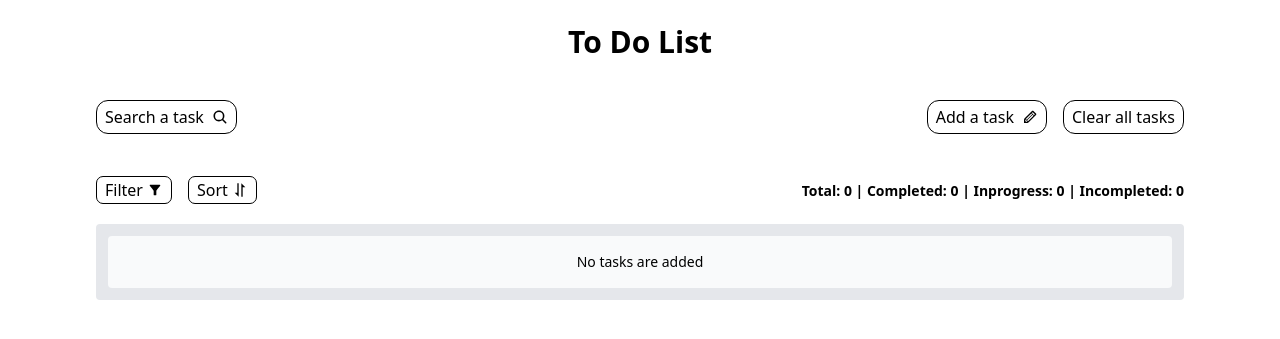
Repository: Priya-creates/Taskly
Page: /
These files come from the project's save history. The page is drawn as it stood at one moment and after the next save; the edit follows.
The browser window is 1280 px wide. The pictures show the whole page.
The project was rebuilt for these pictures with package versions that can differ from the ones it lists, and the page was loaded fresh each time. Also part of the build but not shown: vite.config.js, src/components/AddTask.jsx, src/components/SearchTask.jsx, src/components/Filter.jsx, src/components/Sort.jsx.

Above is the page before, as saved 2025-10-02 23:53:57.

### index.html
<!doctype html>
<html lang="en">
  <head>
    <meta charset="UTF-8" />
    <link rel="icon" type="image/svg+xml" href="./public/todolist.webp" />
    <meta name="viewport" content="width=device-width, initial-scale=1.0" />
    <title>To Do List</title>
  </head>
  <body>
    <div id="root"></div>
    <script type="module" src="/src/main.jsx"></script>
  </body>
</html>

### src/index.css
@import "tailwindcss";
@import url('https://fonts.googleapis.com/css2?family=Dancing+Script:wght@400..700&family=Great+Vibes&family=Inter:ital,opsz,wght@0,14..32,100..900;1,14..32,100..900&family=Josefin+Sans:ital,wght@0,100..700;1,100..700&family=Merriweather+Sans:ital,wght@0,300..800;1,300..800&family=Merriweather:ital,opsz,wght@0,18..144,300..900;1,18..144,300..900&family=Outfit:wght@100..900&family=Permanent+Marker&family=Playfair+Display:ital,wght@0,400..900;1,400..900&family=Poppins:ital,wght@0,100;0,200;0,300;0,400;0,500;0,600;0,700;0,800;0,900;1,100;1,200;1,300;1,400;1,500;1,600;1,700;1,800;1,900&family=Prata&family=Raleway:ital,wght@0,100..900;1,100..900&family=Sue+Ellen+Francisco&display=swap');

### src/App.jsx
import React from "react";
import Title from "./components/Title";
import { TiPencil } from "react-icons/ti";
import AddTask from "./components/AddTask";
import { toast, ToastContainer } from "react-toastify";
import { IoSearch } from "react-icons/io5";
import SearchTask from "./components/SearchTask";
import TaskCount from "./components/TaskCount";
import Filter from "./components/Filter";
import Sort from "./components/Sort";
import TaskList from "./components/TaskList";
import { MdFilterAlt } from "react-icons/md";
import { BiSort } from "react-icons/bi";
import { useMediaQuery } from "react-responsive";

const App = () => {
  const [taskList, setTaskList] = React.useState([]);
  const [showTaskBar, setShowTaskBar] = React.useState(false);
  const [showSearchBar, setShowSearchBar] = React.useState(false);
  const [searchQuery, setSearchQuery] = React.useState(""); // replaces hasSearched + masterSearchList
  const [showFilter, setShowFilter] = React.useState(false);
  const [showSort, setShowSort] = React.useState(false);

  // UI states controlling filter & sort
  const [filters, setFilters] = React.useState({
    inprogress: false,
    incompleted: false,
    completed: false,
  });
  const [sortType, setSortType] = React.useState("old-to-new"); // default

  function handleClearTasks() {
    localStorage.setItem("taskList", JSON.stringify([]));
    setTaskList([]);
    toast.success("All tasks are cleared !");
  }
  const isMobile = useMediaQuery({ maxWidth: 767 });

  React.useEffect(() => {
    const tasks = JSON.parse(localStorage.getItem("taskList")) || [];
    setTaskList(tasks);
  }, []);

  // displayTasks is derived from taskList + searchQuery + filters + dateSort
  const displayTasks = React.useMemo(() => {
    let arr = taskList ? [...taskList] : [];

    // 1) Search
    if (searchQuery && searchQuery.trim()) {
      const q = searchQuery.trim().toLowerCase();
      arr = arr.filter((t) => (t.task || "").toLowerCase().includes(q));
    }

    // 2) Filter (status)
    const activeFilters = Object.keys(filters).filter((k) => filters[k]);
    if (activeFilters.length) {
      arr = arr.filter((t) => activeFilters.includes(t.status));
    }

    // 3) Sort by date
    arr.sort((a, b) => {
      if (sortType === "new-to-old" || sortType === "old-to-new") {
        const ta = new Date(a.createdAt).valueOf();
        const tb = new Date(b.createdAt).valueOf();
        return sortType === "new-to-old" ? tb - ta : ta - tb;
      } else if (sortType === "a-to-z") {
        return (a.task || "").localeCompare(b.task || "");
      } else if (sortType === "z-to-a") {
        return (b.task || "").localeCompare(a.task || "");
      }
      return 0;
    });

    return arr;
  }, [taskList, searchQuery, filters, sortType]);

  return (
    <div className="pt-6 w-[95%] sm:w-[80%] md:w-[85%] mx-auto">
      <ToastContainer position="bottom-right" theme="dark" />
      <Title />
      <div className="flex justify-between items-baseline gap-4">
        <div
          onClick={() => setShowSearchBar(true)}
          className={`flex flex-row items-center gap-2 sm:gap-2 border-[1px] rounded-xl
             p-[1px] mt-4 hover:scale-105 transition-all duration-300
             hover:bg-black hover:text-white cursor-pointer
             text-sm sm:text-base py-1 sm:py-1 px-2 sm:px-2 ${showSearchBar? "border-2":""} `}
        >
          <p>{isMobile ? "Search" : "Search a task"}</p>
          <IoSearch />
        </div>
        <div className="flex gap-4">
          <button
            onClick={() => setShowTaskBar(true)}
            className={`flex items-center gap-2 border-[1px] rounded-xl
             py-1 px-2 mt-4 hover:scale-105 transition-all duration-300
             hover:bg-black hover:text-white cursor-pointer
             text-sm sm:text-base py-1 sm:py-1 px-2 sm:px-2 ${showTaskBar ? "border-2": ""}`}
          >
            <div>{isMobile ? "Add" : "Add a task"}</div>
            <div>
              <TiPencil />
            </div>
          </button>
          <button
            onClick={handleClearTasks}
            className="flex items-center gap-2 border-[1px] rounded-xl
             py-1 px-2 mt-4 hover:scale-105 transition-all duration-300
             hover:bg-black hover:text-white cursor-pointer
             text-sm sm:text-base py-1 sm:py-1 px-2 sm:px-2"
          >
            <div>{isMobile ? "Clear all" : "Clear all tasks"}</div>
          </button>
        </div>
      </div>

      <div className="flex sm:items-baseline sm:flex-row sm:justify-between sm:mb-5 flex-col mt-4 gap-0 items-start gap-4 ">
        <div className="flex justify-start items-center gap-4">
          <button
            onClick={() => setShowFilter((prev) => !prev)}
            className={`flex items-center gap-1 border rounded-[7px]
                 p-[0.5px] sm:p-[0.7px] px-2 sm:px-2
                 hover:scale-105 transition-all duration-300 hover:bg-black hover:text-white
                 text-sm sm:text-base${showFilter ? " border-2" : ""}`}
          >
            <div>Filter</div>
            <MdFilterAlt />
          </button>
          <button
            onClick={() => setShowSort((prev) => !prev)}
            className={`flex items-center gap-1 border rounded-[7px]
                 p-[0.5px] sm:p-[0.7px] px-2 sm:px-2
                 hover:scale-105 transition-all duration-300 hover:bg-black hover:text-white
                 text-sm sm:text-base ${showSort ? "border-2":""}`}
          >
            <div>Sort</div>
            <BiSort />
          </button>
        </div>
        <TaskCount taskList={taskList} />
      </div>

      {showFilter && (
        <Filter filters={filters} setFilters={setFilters} taskList={taskList} />
      )}

      {showSort && <Sort sortType={sortType} setSortType={setSortType} />}
      {showSearchBar && (
        <SearchTask
          taskList={taskList}
          showSearchBar={showSearchBar}
          setShowSearchBar={setShowSearchBar}
          searchQuery={searchQuery}
          setSearchQuery={setSearchQuery}
        />
      )}
      {showTaskBar && (
        <AddTask
          taskList={taskList}
          setTaskList={setTaskList}
          showTaskBar={showTaskBar}
          setShowTaskBar={setShowTaskBar}
        />
      )}

      <TaskList
        taskList={taskList}
        setTaskList={setTaskList}
        displayTasks={displayTasks}
        searchQuery={searchQuery}
      />
    </div>
  );
};

export default App;

### src/components/Title.jsx
import React from "react";

const Title = () => {
  return (
    <div className=" font-bold text-2xl sm:text-3xl text-center mb-6 ">
      To Do List
    </div>
  );
};

export default Title;

### src/components/TaskCount.jsx
import React from "react";

const TaskCount = ({ taskList }) => {
  const [completedCount, setCompletedCount] = React.useState();
  const [incompletedCount, setIncompletedCount] = React.useState();

  function calculateCount() {
    let compcount = 0;
    let incompcount = 0;
    if (taskList.length > 0) {
      taskList.forEach((ele) => {
        if (ele.status === "completed") {
          compcount++;
        } else if (ele.status === "incompleted") {
          incompcount++;
        }
      });
    }
    setCompletedCount(compcount);
    setIncompletedCount(incompcount);
  }
  React.useEffect(() => {
    calculateCount();
  }, [taskList]);

  return (
    <div className="sm:mt-[30px]  text-[14px] font-semibold">
     {`Total: ${taskList.length} | Completed: ${completedCount} | Inprogress: ${taskList.length-completedCount- incompletedCount} | Incompleted: ${incompletedCount}`}
    </div>
  );
};

export default TaskCount;

### src/components/TaskList.jsx
import React from "react";
import { MdEdit, MdDelete } from "react-icons/md";
import { toast } from "react-toastify";
import Confetti from "react-confetti";

const TaskList = ({ taskList, setTaskList, displayTasks, searchQuery }) => {
  const [editId, setEditId] = React.useState(null);
  const [editText, setEditText] = React.useState("");
  const [allTasksCompleted, setAllTasksCompleted] = React.useState(false);

  const handleDelete = (delIdx) => {
    const rem_tasks = taskList.filter((task) => task.id !== delIdx);
    setTaskList(rem_tasks);
    localStorage.setItem("taskList", JSON.stringify(rem_tasks));
    toast.success("Task deleted successfully!");
  };

  const handleStatus = (e, key) => {
    const value = e.target.value;

    if (value === "incompleted" || value === "inprogress") setAllTasksCompleted(false);
    if (value === "incompleted") toast.error("Task is marked incompleted!");

    const atleastTwo = taskList.filter(
      (item) => item.status === "incompleted" || item.status === "inprogress"
    );
    if (value === "completed" && atleastTwo.length >= 2) toast.success("Task is marked completed!");

    const updated_tasks = taskList.map((item) =>
      item.id === key ? { ...item, status: value } : item
    );
    setTaskList(updated_tasks);
    localStorage.setItem("taskList", JSON.stringify(updated_tasks));
  };

  React.useEffect(() => {
    if (taskList.length > 0 && taskList.every((item) => item.status === "completed")) {
      toast.success("Wohoo! You completed all the tasks!");
      setAllTasksCompleted(true);
      setTimeout(() => setAllTasksCompleted(false), 7000);
    }
  }, [taskList]);

  const handleEditSave = (e, edit_idx) => {
    if (e.key === "Enter") {
      const updated_tasks = taskList.map((item) =>
        item.id === edit_idx ? { ...item, task: editText } : item
      );
      localStorage.setItem("taskList", JSON.stringify(updated_tasks));
      setTaskList(updated_tasks);
      toast.success("Task updated successfully!");
      setEditId(null);
      setEditText("");
    }
  };

  const tasksToRender = displayTasks || [];

  return (
    <div className="bg-gray-200 mt-5 p-2 sm:p-3 rounded mx-auto w-[100%]">
      <div className="p-3 sm:p-4 rounded bg-gray-50 flex flex-col gap-y-3 sm:gap-y-4">
        {tasksToRender.length > 0 ? (
          tasksToRender.map((item) => (
            <div
              key={item.id}
              className="flex flex-col sm:flex-row sm:justify-between sm:items-center gap-2 sm:gap-4"
            >
              {editId === item.id ? (
                <input
                  type="text"
                  value={editText}
                  autoFocus
                  onChange={(e) => setEditText(e.target.value)}
                  onKeyDown={(e) => handleEditSave(e, item.id)}
                  className="border p-1 rounded w-full sm:w-auto text-sm"
                />
              ) : (
                <div
                  className={`mb-1 sm:mb-0 font-semibold text-sm ${
                    item.status === "completed" ? "line-through" : ""
                  }`}
                >
                  {item.task}
                </div>
              )}

              <div className="text-gray-500 text-xs sm:text-sm">
                Created at:{" "}
                {new Date(item.createdAt).toLocaleDateString("en-US", {
                  weekday: "short",
                  month: "short",
                  day: "numeric",
                  year: "numeric",
                })}
              </div>

              <div className="flex flex-wrap sm:flex-nowrap gap-2 sm:gap-4 items-center">
                <select
                  value={item.status}
                  onChange={(e) => handleStatus(e, item.id)}
                  className={`border p-[2px] px-2 rounded text-xs sm:text-sm ${
                    item.status === "inprogress"
                      ? "bg-[#a0a0a0]"
                      : item.status === "completed"
                      ? "bg-[#4a4a4a] text-white"
                      : item.status === "incompleted"
                      ? "bg-[#d1d1d1]"
                      : ""
                  }`}
                >
                  <option value="inprogress">In-progress</option>
                  <option value="completed">Completed</option>
                  <option value="incompleted">Incompleted</option>
                </select>

                <div
                  className="flex items-center gap-1 border p-[2px] px-2 rounded cursor-pointer text-xs sm:text-sm"
                  onClick={() => {
                    setEditId(item.id);
                    setEditText(item.task);
                  }}
                >
                  <MdEdit size={14} />
                  <span>Edit</span>
                </div>

                <div
                  onClick={() => handleDelete(item.id)}
                  className="cursor-pointer text-xs sm:text-sm"
                >
                  <MdDelete size={16} />
                </div>
              </div>
            </div>
          ))
        ) : searchQuery && searchQuery.trim() ? (
          <div className="text-center text-sm">No matching tasks found</div>
        ) : (
          <div className="text-center text-sm">No tasks are added</div>
        )}

        {allTasksCompleted && <Confetti recycle={false} numberOfPieces={800} />}
      </div>
    </div>
  );
};

export default TaskList;

Loaded but not shown: src/main.jsx (common file)

After the next save:
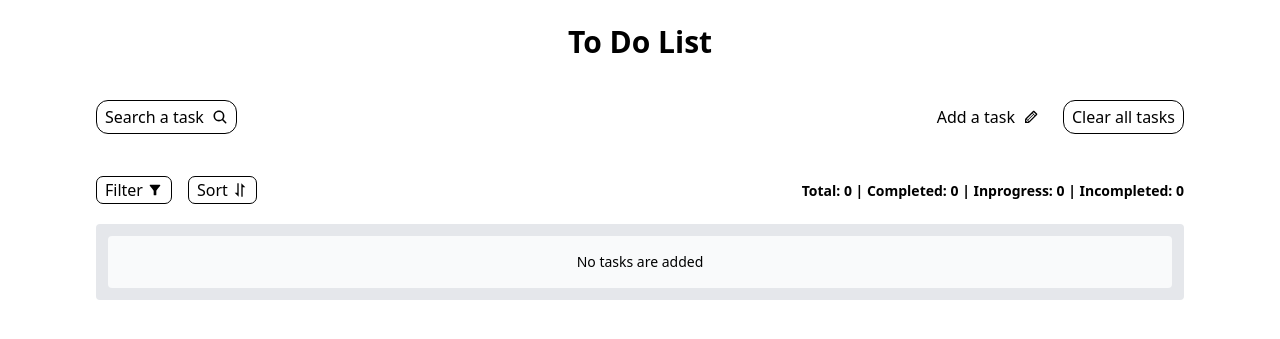
Saved 2 min 37 s later.
--- a/src/App.jsx
+++ b/src/App.jsx
@@ -92,7 +92,7 @@
         <div className="flex gap-4">
           <button
             onClick={() => setShowTaskBar(true)}
-            className={`flex items-center gap-2 border-[1px] rounded-xl
+            className={`flex items-center gap-2  rounded-xl
              py-1 px-2 mt-4 hover:scale-105 transition-all duration-300
              hover:bg-black hover:text-white cursor-pointer
              text-sm sm:text-base py-1 sm:py-1 px-2 sm:px-2 ${showTaskBar ? "border-2": ""}`}

After the save that followed:
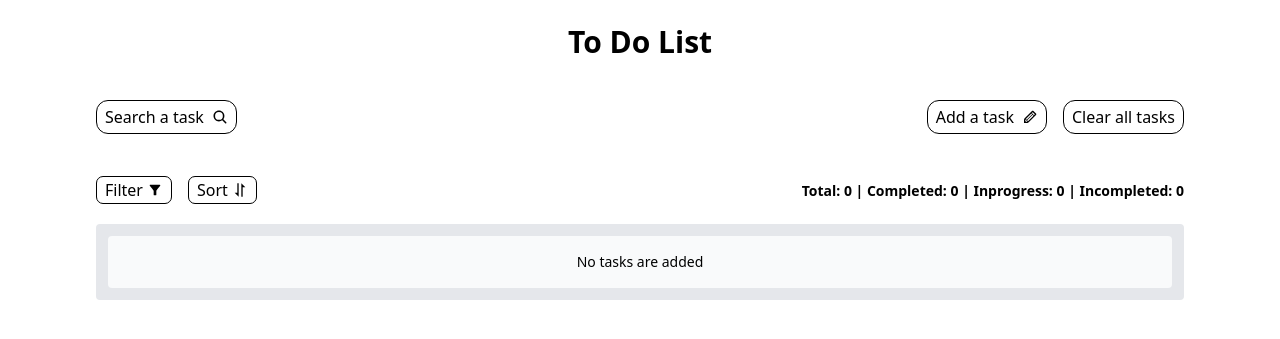
Saved 5 s later.
--- a/src/App.jsx
+++ b/src/App.jsx
@@ -95,7 +95,7 @@
             className={`flex items-center gap-2  rounded-xl
              py-1 px-2 mt-4 hover:scale-105 transition-all duration-300
              hover:bg-black hover:text-white cursor-pointer
-             text-sm sm:text-base py-1 sm:py-1 px-2 sm:px-2 ${showTaskBar ? "border-2": ""}`}
+             text-sm sm:text-base py-1 sm:py-1 px-2 sm:px-2 ${showTaskBar ? "border-2": "border-[1px]"}`}
           >
             <div>{isMobile ? "Add" : "Add a task"}</div>
             <div>
